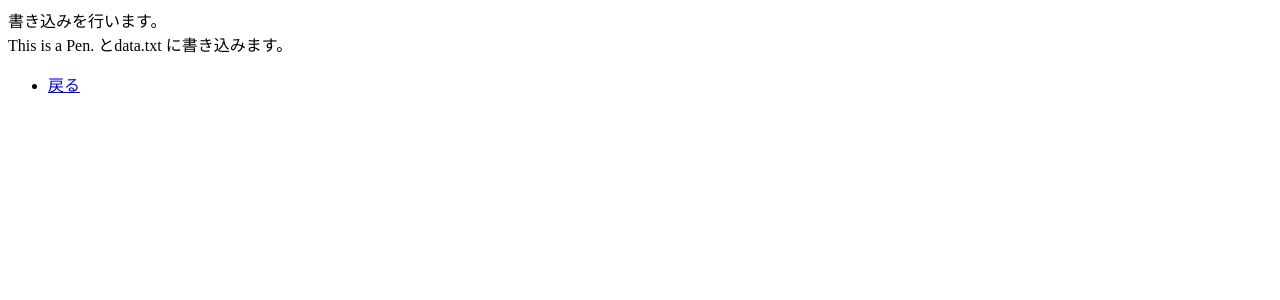
Repository: nobuakimomoi/gs_code
Page: http://localhost/write.php
An editor plug-in stored every save of this project. The page is shown before and after the next save, followed by the edit.
The browser window is 1280 px wide. The pictures show the whole page.
The page is run by PHP 8.4 with error messages shown; the project is at /var/www/html/.

Above is the page before, as saved 2019-01-12 17:30:49.

### php01/write.php
<html>
<head>
<meta charset="utf-8">
<title>File書き込み</title>
</head>
<body>
書き込みを行います。<br>
This is a Pen. とdata.txt に書き込みます。
<?php
//文字作成
$str = date("Y-m-d H:i:s");
//File書き込み
$file = fopen("data/data.txt","a");	// ファイル読み込み
fwrite($file, $str."\r\n");//"/n":改行
fclose($file);
?>


<ul>
<li><a href="#">戻る</a></li>
</ul>
</body>
</html>

After the next save:
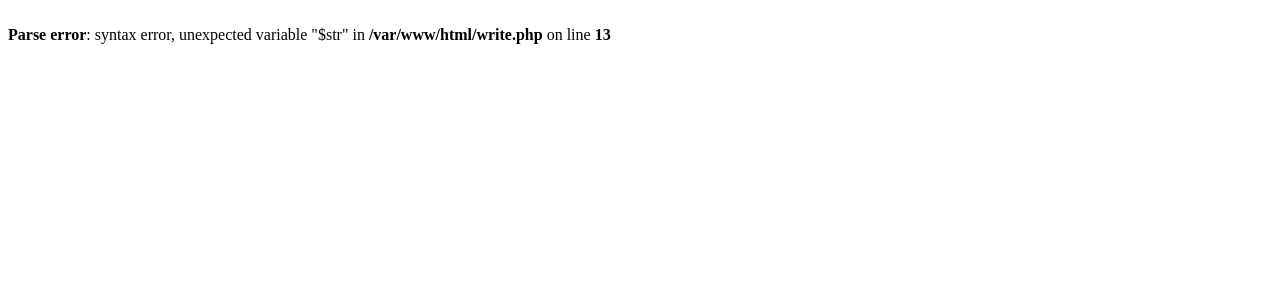
Saved 8 min 52 s later.
--- a/php01/write.php
+++ b/php01/write.php
@@ -7,6 +7,8 @@
 書き込みを行います。<br>
 This is a Pen. とdata.txt に書き込みます。
 <?php
+$name = $_POST["name"];
+$mail = $_POST["mail"]
 //文字作成
 $str = date("Y-m-d H:i:s");
 //File書き込み
